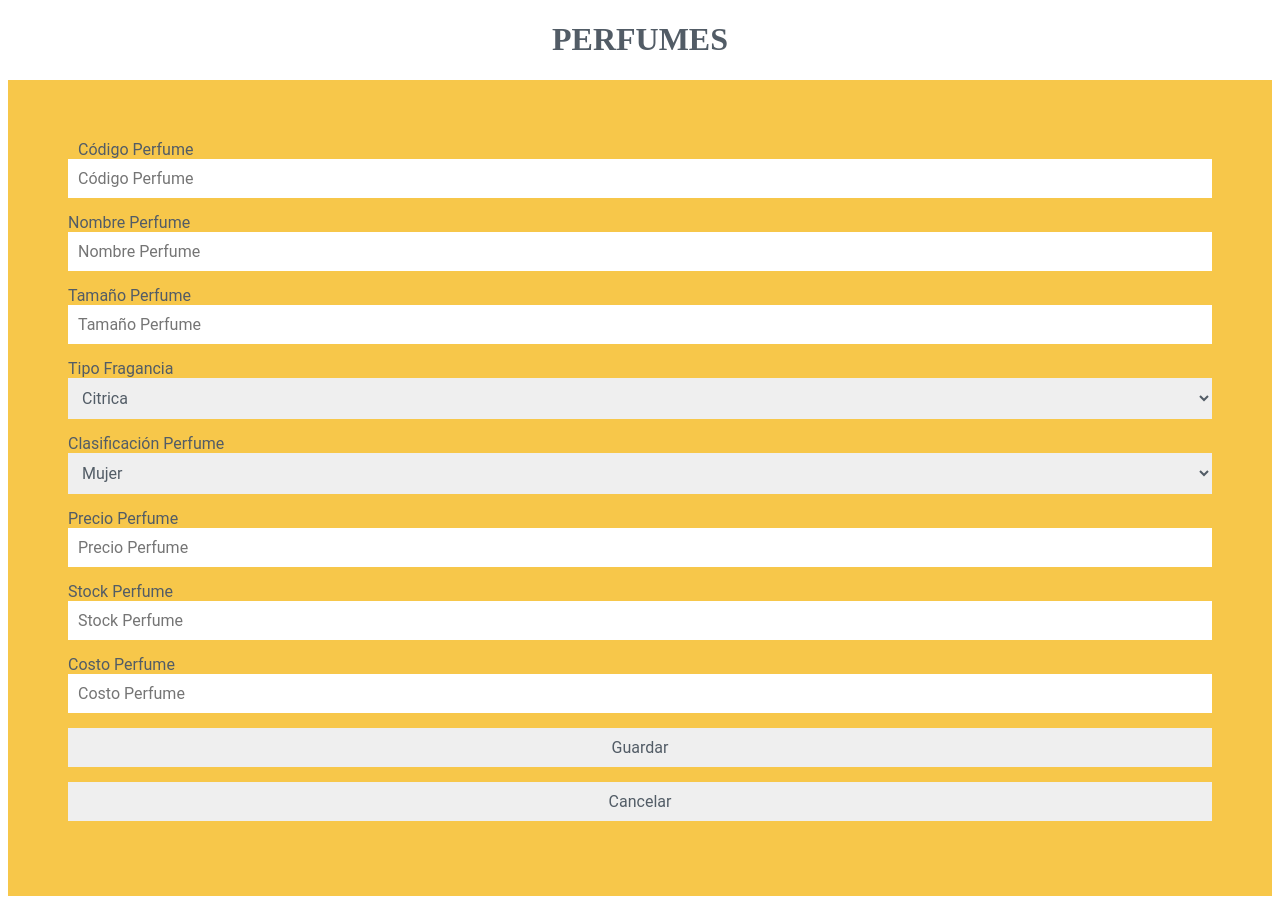
Repository: alejamorenovallejo/arosmile
Page: perfume.html
An editor plug-in stored every save of this project. The page is shown before and after the next save, followed by the edit.
The browser window is 1280 px wide. The pictures show the whole page.

Above is the page before, as saved 2021-09-12 02:21:23.
Not found: main.js

### perfume.html
<!DOCTYPE html>
<html>
  <head>
    <meta charset="utf-8" />
    <meta http-equiv="X-UA-Compatible" content="IE=edge" />
    <title>Perfumes</title>
    <meta name="viewport" content="width=device-width, initial-scale=1" />
    <link
      rel="stylesheet"
      type="text/css"
      media="screen"
      href="css/style.css"
    />
    <script src="main.js"></script>
  </head>
  <body>
    <header></header>
    <main>
        <h1>PERFUMES</h1>
        <form action="" method="POST">
          <label for="codigo_perfume">
            <span>Código Perfume</span>
            <input
              type="text"
              id="codigo_perfume"
              name="codigo_perfume"
              placeholder="Código Perfume"
            />
          </label>
          <label for="nombre_perfume">
            <span>Nombre Perfume</span>
            <input
              type="text"
              id="nombre_perfume"
              name="nombre_perfume"
              placeholder="Nombre Perfume"
            />
          </label>
          <label for="tamano_perfume">
            <span>Tamaño Perfume</span>
            <input
              type="number"
              id="tamano_perfume"
              name="tamano_perfume"
              placeholder="Tamaño Perfume"
            />
          </label>
          <label for="tipo_frangancia">
            <span>Tipo Fragancia</span>
            <select
              name="tipo_frangancia"
              id="tipo_frangancia"
              placeholder="Tipo Fragancia"
            >
              <option value="1">Citrica</option>
            </select>
          </label>
          <label for="clasificacion_perfume">
            <span>Clasificación Perfume</span>
            <select
              name="clasificacion_perfume"
              id="clasificacion_perfume"
              placeholder="Clasificación Perfume"
            >
              <option value="1">Mujer</option>
              <option value="2">Hombre</option>
              <option value="3">Infantil</option>
            </select>
          </label>
          <label for="precio_perfume">
            <span>Precio Perfume</span>
            <input
              type="number"
              id="precio_perfume"
              name="precio_perfume"
              placeholder="Precio Perfume"
            />
          </label>
          <label for="stock_perfume">
            <span>Stock Perfume</span>
            <input
              type="number"
              id="stock_perfume"
              name="stock_perfume"
              placeholder="Stock Perfume"
            />
          </label>
          <label for="costo_perfume">
            <span>Costo Perfume</span>
            <input
              type="number"
              id="costo_perfume"
              name="costo_perfume"
              placeholder="Costo Perfume"
            />
          </label>
          <input
            type="submit"
            id="guardar_perfume"
            name="guardar_perfume"
            value="Guardar"
          />
          <input
            type="button"
            id="cancelar_perfume"
            name="cancelar_perfume"
            value="Cancelar"
          />
        </form>
    </main>
  </body>
</html>

### css/style.css
form {
  padding: 60px;
  background-color: #F7C74A;
  margin: 0 auto;
}
form input, form select,form label{
    margin-bottom: 15px;
    font-family: "Roboto", sans-serif;
    width: 100%;
    padding: 10px;
    -webkit-box-sizing: border-box;
    box-sizing: border-box;
    border: none;
    color: #525c66;
    font-size: 1em;
    resize: horizontal;
}

h1 {
    text-align: center;
    color: #525c66;

}

After the next save:
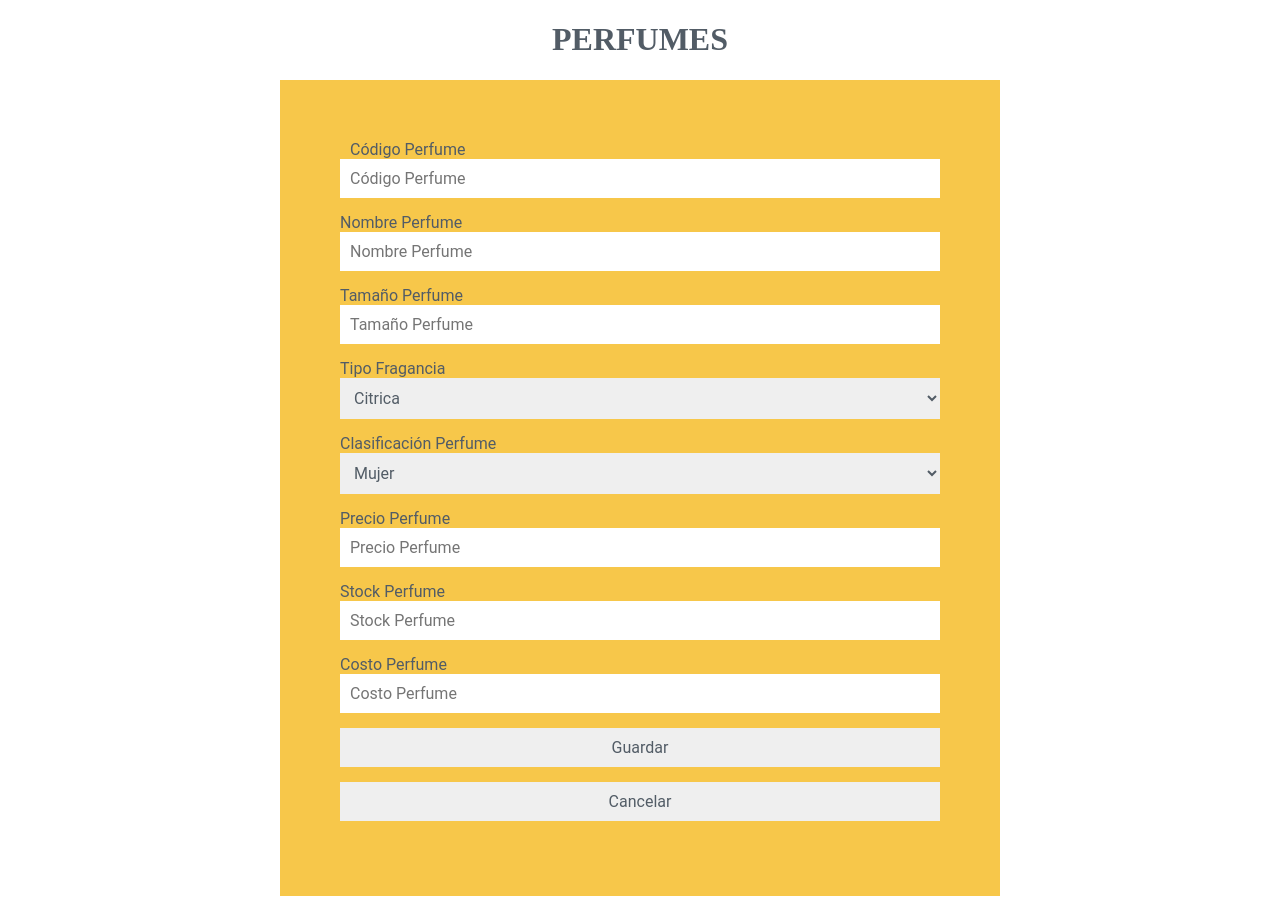
Saved 15 s later.
--- a/css/style.css
+++ b/css/style.css
@@ -1,5 +1,6 @@
 form {
   padding: 60px;
+  max-width: 600px;
   background-color: #F7C74A;
   margin: 0 auto;
 }
